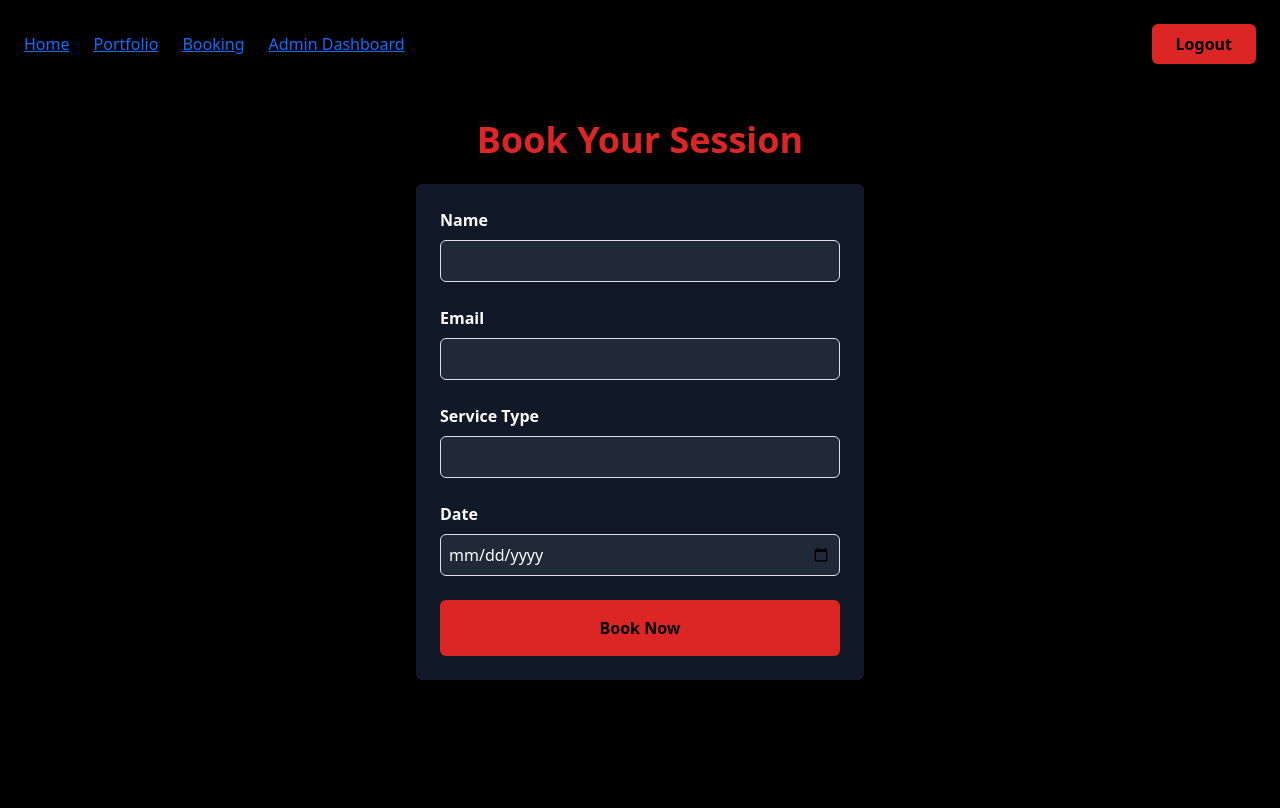
Repository: adithyakiran47/lensverseproject
Page: /booking (app in lensverse-client/)
An editor plug-in stored every save of this project. The page is shown before and after the next save, followed by the edit.
The browser window is 1280 px wide. The pictures show the whole page.
The project was rebuilt for these pictures with package versions that can differ from the ones it lists, and the page was loaded fresh each time. Also part of the build but not shown: lensverse-client/src/pages/Home.js, lensverse-client/src/pages/Portfolio.js, lensverse-client/src/pages/About.js, lensverse-client/src/pages/AdminLogin.js, lensverse-client/src/pages/AdminDashboard.js. Imported but missing from the stored project, and not drawn on this page: lensverse-client/src/reportWebVitals.

Above is the page before, as saved 2025-11-03 23:35:46.

### lensverse-client/src/index.css
@tailwind base;
@tailwind components;
@tailwind utilities;

/* Optional: custom background and text colors for theme */

### lensverse-client/src/App.js
import React from 'react';
import { BrowserRouter as Router, Routes, Route } from 'react-router-dom';


// Import your page components (create these next)
import Home from './pages/Home';
import Portfolio from './pages/Portfolio';
import Booking from './pages/Booking';
import About from './pages/About';
import AdminLogin from './pages/AdminLogin';
import AdminDashboard from './pages/AdminDashboard';

function App() {
  return (
    <Router>
      <Routes>
        <Route path="/" element={<Home />} />
        <Route path="/portfolio" element={<Portfolio />} />
        <Route path="/booking" element={<Booking />} />
        <Route path="/about" element={<About />} />
        <Route path="/admin-login" element={<AdminLogin />} />
        <Route path="/admin-dashboard" element={<AdminDashboard />} />
      </Routes>
    </Router>
  );
}

export default App;

### lensverse-client/src/pages/Booking.js
import React, { useState } from 'react';
import Navbar from '../components/Navbar';
import axios from 'axios';

const Booking = () => {
  const [formData, setFormData] = useState({
    name: '',
    email: '',
    serviceType: '',
    date: '',
  });

  const [message, setMessage] = useState('');

  const handleChange = e => {
    setFormData({...formData, [e.target.name]: e.target.value});
  };

  const handleSubmit = async e => {
    e.preventDefault();
    try {
      await axios.post('http://localhost:5000/api/bookings', formData);
      setMessage('Booking submitted successfully!');
      setFormData({ name: '', email: '', serviceType: '', date: '' });
    } catch (err) {
      setMessage('Failed to submit booking. Please try again.');
    }
  };

  return (
    <>
      <Navbar />
      <div className="min-h-screen bg-black text-white p-8 flex flex-col items-center">
        <h2 className="text-4xl mb-6 text-red-600 font-bold">Book Your Session</h2>
        {message && <p className="mb-4 text-green-400">{message}</p>}
        <form onSubmit={handleSubmit} className="w-full max-w-md bg-gray-900 p-6 rounded shadow-lg">
          <label className="block mb-2 font-semibold" htmlFor="name">Name</label>
          <input
            className="w-full p-2 mb-4 rounded bg-gray-800 text-white border border-red-600 focus:border-red-400 transition"
            type="text"
            name="name"
            value={formData.name}
            onChange={handleChange}
            required
          />
          <label className="block mb-2 font-semibold" htmlFor="email">Email</label>
          <input
            className="w-full p-2 mb-4 rounded bg-gray-800 text-white border border-red-600 focus:border-red-400 transition"
            type="email"
            name="email"
            value={formData.email}
            onChange={handleChange}
            required
          />
          <label className="block mb-2 font-semibold" htmlFor="serviceType">Service Type</label>
          <input
            className="w-full p-2 mb-4 rounded bg-gray-800 text-white border border-red-600 focus:border-red-400 transition"
            type="text"
            name="serviceType"
            value={formData.serviceType}
            onChange={handleChange}
            required
          />
          <label className="block mb-2 font-semibold" htmlFor="date">Date</label>
          <input
            className="w-full p-2 mb-4 rounded bg-gray-800 text-white border border-red-600 focus:border-red-400 transition"
            type="date"
            name="date"
            value={formData.date}
            onChange={handleChange}
            required
          />
          <button
            className="w-full bg-red-600 hover:bg-red-700 transition duration-300 py-3 rounded text-black font-semibold"
            type="submit"
          >
            Book Now
          </button>
        </form>
      </div>
    </>
  );
};

export default Booking;

### lensverse-client/src/components/Navbar.js
import React from 'react';
import { Link, useNavigate } from 'react-router-dom';

const Navbar = () => {
  const navigate = useNavigate();

  const handleLogout = () => {
    localStorage.removeItem('adminToken');
    navigate('/admin-login');
  };

  return (
    <nav className="bg-black p-4 shadow-lg flex flex-wrap justify-between items-center text-white">
      <div className="flex space-x-6">
        <Link to="/" className="hover:text-red-500 transition">Home</Link>
        <Link to="/portfolio" className="hover:text-red-500 transition">Portfolio</Link>
        <Link to="/booking" className="hover:text-red-500 transition">Booking</Link>
        <Link to="/admin-dashboard" className="hover:text-red-500 transition">Admin Dashboard</Link>
      </div>
      <button
        onClick={handleLogout}
        className="bg-red-600 hover:bg-red-700 rounded px-4 py-2 text-black font-bold transition"
      >
        Logout
      </button>
    </nav>
  );
};

export default Navbar;

Loaded but not shown: lensverse-client/src/index.js (common file); lensverse-client/tailwind.config.js (common file)

After the next save:
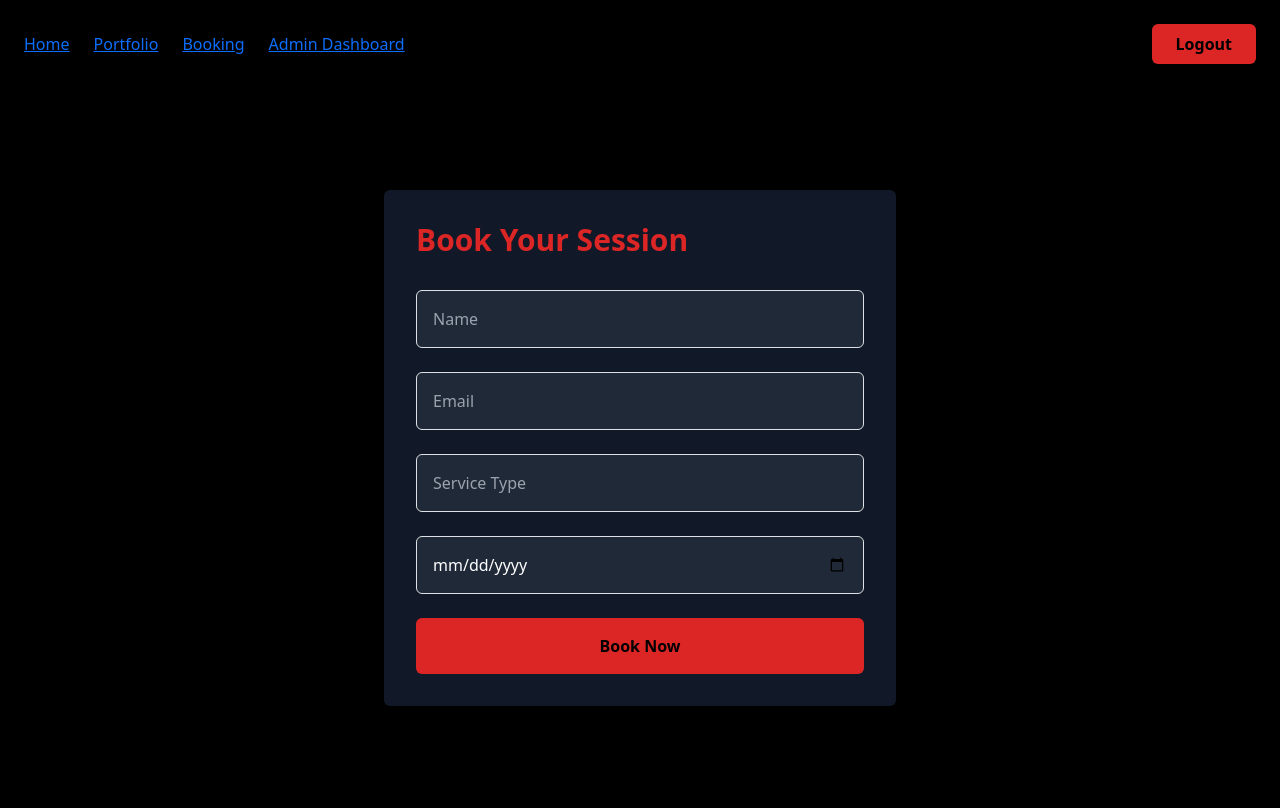
Saved 17 s later.
--- a/lensverse-client/src/pages/Booking.js
+++ b/lensverse-client/src/pages/Booking.js
@@ -9,71 +9,64 @@ const Booking = () => {
     serviceType: '',
     date: '',
   });
-
   const [message, setMessage] = useState('');
 
-  const handleChange = e => {
+  const handleChange = (e) => {
     setFormData({...formData, [e.target.name]: e.target.value});
   };
 
-  const handleSubmit = async e => {
+  const handleSubmit = async (e) => {
     e.preventDefault();
     try {
       await axios.post('http://localhost:5000/api/bookings', formData);
-      setMessage('Booking submitted successfully!');
+      setMessage('Booking submitted!');
       setFormData({ name: '', email: '', serviceType: '', date: '' });
-    } catch (err) {
-      setMessage('Failed to submit booking. Please try again.');
+    } catch {
+      setMessage('Booking failed.');
     }
   };
 
   return (
     <>
       <Navbar />
-      <div className="min-h-screen bg-black text-white p-8 flex flex-col items-center">
-        <h2 className="text-4xl mb-6 text-red-600 font-bold">Book Your Session</h2>
-        {message && <p className="mb-4 text-green-400">{message}</p>}
-        <form onSubmit={handleSubmit} className="w-full max-w-md bg-gray-900 p-6 rounded shadow-lg">
-          <label className="block mb-2 font-semibold" htmlFor="name">Name</label>
+      <div className="min-h-screen bg-black text-white flex justify-center items-center p-6">
+        <form className="w-full max-w-lg bg-gray-900 p-8 rounded shadow-lg space-y-6" onSubmit={handleSubmit}>
+          <h2 className="text-3xl font-bold text-red-600">Book Your Session</h2>
+          {message && <p className="text-green-400">{message}</p>}
           <input
-            className="w-full p-2 mb-4 rounded bg-gray-800 text-white border border-red-600 focus:border-red-400 transition"
-            type="text"
+            className="w-full p-3 rounded bg-gray-800 text-white border border-red-600 focus:outline-none focus:ring-2 focus:ring-red-600 transition"
             name="name"
+            placeholder="Name"
             value={formData.name}
             onChange={handleChange}
             required
           />
-          <label className="block mb-2 font-semibold" htmlFor="email">Email</label>
           <input
-            className="w-full p-2 mb-4 rounded bg-gray-800 text-white border border-red-600 focus:border-red-400 transition"
+            className="w-full p-3 rounded bg-gray-800 text-white border border-red-600 focus:outline-none focus:ring-2 focus:ring-red-600 transition"
+            name="email"
             type="email"
-            name="email"
+            placeholder="Email"
             value={formData.email}
             onChange={handleChange}
             required
           />
-          <label className="block mb-2 font-semibold" htmlFor="serviceType">Service Type</label>
           <input
-            className="w-full p-2 mb-4 rounded bg-gray-800 text-white border border-red-600 focus:border-red-400 transition"
-            type="text"
+            className="w-full p-3 rounded bg-gray-800 text-white border border-red-600 focus:outline-none focus:ring-2 focus:ring-red-600 transition"
             name="serviceType"
+            placeholder="Service Type"
             value={formData.serviceType}
             onChange={handleChange}
             required
           />
-          <label className="block mb-2 font-semibold" htmlFor="date">Date</label>
           <input
-            className="w-full p-2 mb-4 rounded bg-gray-800 text-white border border-red-600 focus:border-red-400 transition"
+            className="w-full p-3 rounded bg-gray-800 text-white border border-red-600 focus:outline-none focus:ring-2 focus:ring-red-600 transition"
+            name="date"
             type="date"
-            name="date"
             value={formData.date}
             onChange={handleChange}
             required
           />
-          <button
-            className="w-full bg-red-600 hover:bg-red-700 transition duration-300 py-3 rounded text-black font-semibold"
-            type="submit"
-          >
+          <button type="submit" className="w-full bg-red-600 hover:bg-red-700 rounded py-3 font-semibold transition text-black">
             Book Now
           </button>
         </form>
